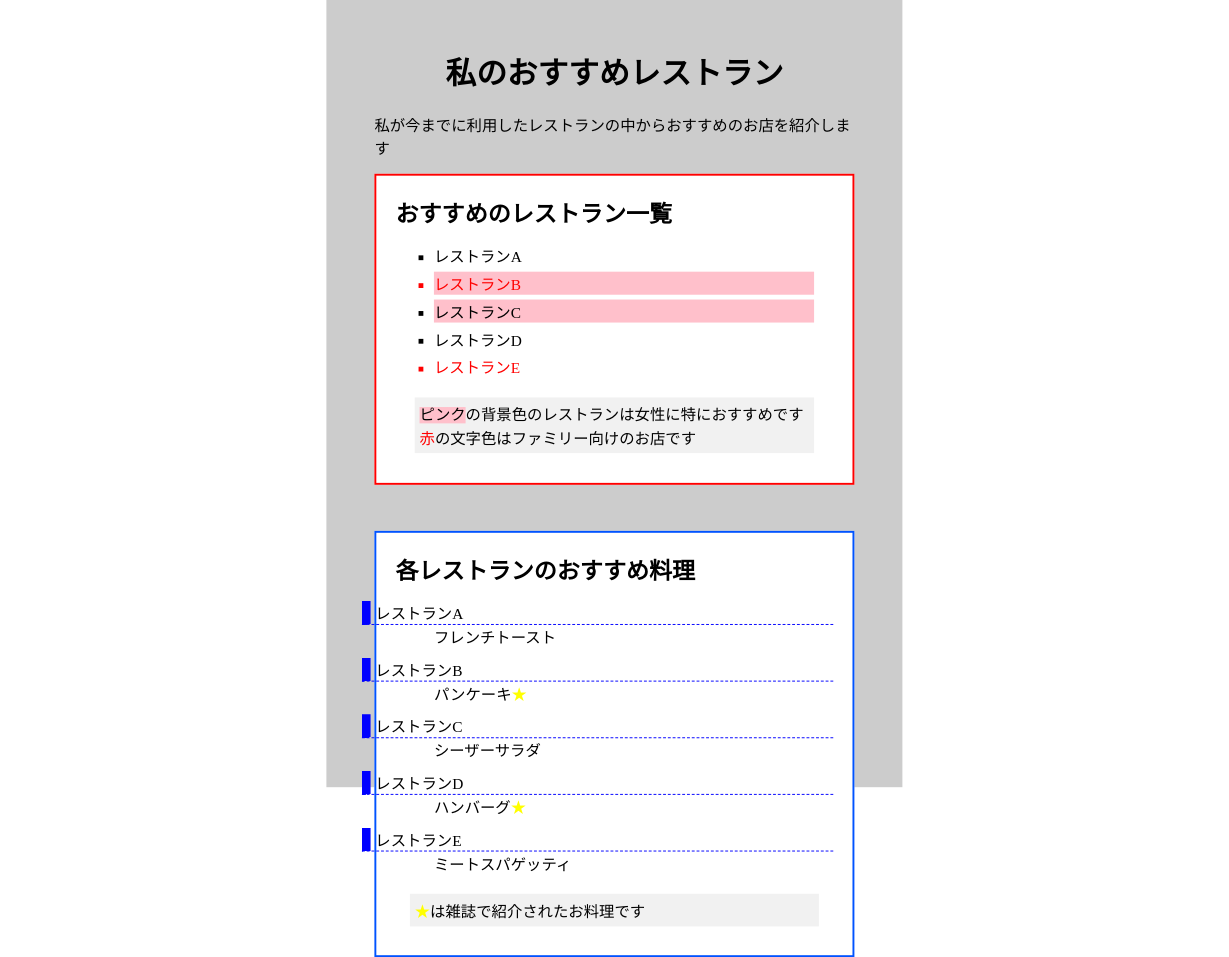
Repository: KAZMA5/samurai_HTML-CSS
Page: index.html
The author's editor kept a record of every edit. The page is drawn from the files as they stood at one moment, then again after the next edit.
The browser window is 1280 px wide. The pictures show the whole page, at 96% of full size.

Above is the page before.

### index.html
<!DOCTYPE html>
<html lang="ja">
    <head>
        <meta charset="UTF-8">
        <title>私のおすすめレストラン</title>
        <link rel="stylesheet" href="style.css">
    </head>
    <body>
        <div id="wrapper">
            <h1>私のおすすめレストラン</h1>
            <p>私が今までに利用したレストランの中からおすすめのお店を紹介します</p>
            <div id="restaunt_list">
                <h2>おすすめのレストラン一覧</h2>
                <ul>
                    <li>レストランA</li>
                    <li class="red bg-pink">レストランB</li>
                    <li class="bg-pink">レストランC</li>
                    <li>レストランD</li>
                    <li class="red">レストランE</li>
                </ul>
                <p class="a"><span style="background: linear-gradient(transparent 0%, pink 0%)">ピンク</span>の背景色のレストランは女性に特におすすめです<br><span style="color:red">赤</span>の文字色はファミリー向けのお店です</p>
            </div>
            <div id="recommended_foods">
                <h2>各レストランのおすすめ料理</h2>
                 <dl>
                    <dt>レストランA</dt>
                        <dd>フレンチトースト</dd>
                    <dt>レストランB</dt>
                        <dd>パンケーキ<span style="color:yellow">★</span></dd>
                    <dt>レストランC</dt>
                        <dd>シーザーサラダ</dd>
                    <dt>レストランD</dt>
                        <dd>ハンバーグ<span style="color:yellow">★</span></dd>
                    <dt>レストランE</dt>
                        <dd>ミートスパゲッティ</dd>
                </dl>
                <p id="b"><span style="color:yellow">★</span>は雑誌で紹介されたお料理です</p>
            </div>
        </div>
    </body>
</html>

### style.css
@charset "UTF-8";
body {
    height: 100vh;
    margin: 0;
}
@media screen and (max-width:480px) {
    .media-sp {
        body-size: 100%;
    }
}
div#wrapper {
    height: 100vh;
    width: 500px;
    margin: 0 auto;
    background-color: #CCC;
    padding: 50px;
}
h1 {
    margin-top: 0;
    text-align: center;
}
div#restaunt_list {
    height: 280px;
    background-color: white;
    border: solid 2px red;
    padding: 20px;
}
h2 {
    margin: 0 0 0 0;
}
ul {
    list-style-type: square;
}
.red {
    color: red;
}
.bg-pink {
    background-color: pink;
    margin-right: 20px;
}
li {
    margin-bottom: 5px;
}
p.a {
    margin: 20px;
    padding: 5px;
    background-color: #f1f1f1;
}
mark1 {
    background-color: pink;
}
mark2 {
    background-color: yellow;
}
span1 {
    color: red;
}
span2 {
    color: yellow;
}
div#recommended_foods {
    height: 400px;
    background-color: white;
    border: solid 2px #0053ff;
    padding: 20px;
    margin-top: 3pc;
}
dt {
    margin-left: -35px;
    margin-bottom: 0;
    border-left: solid 9px blue;
    border-bottom: dashed 1px blue;
    margin-top: 10px;
    padding-left: 5px;
}
p2 {
    margin-top: 0;
    margin-left: -18px;
}
#b {
    margin: 20px 15px;
    padding: 5px;
    background-color: #f1f1f1;
}

After the next edit:
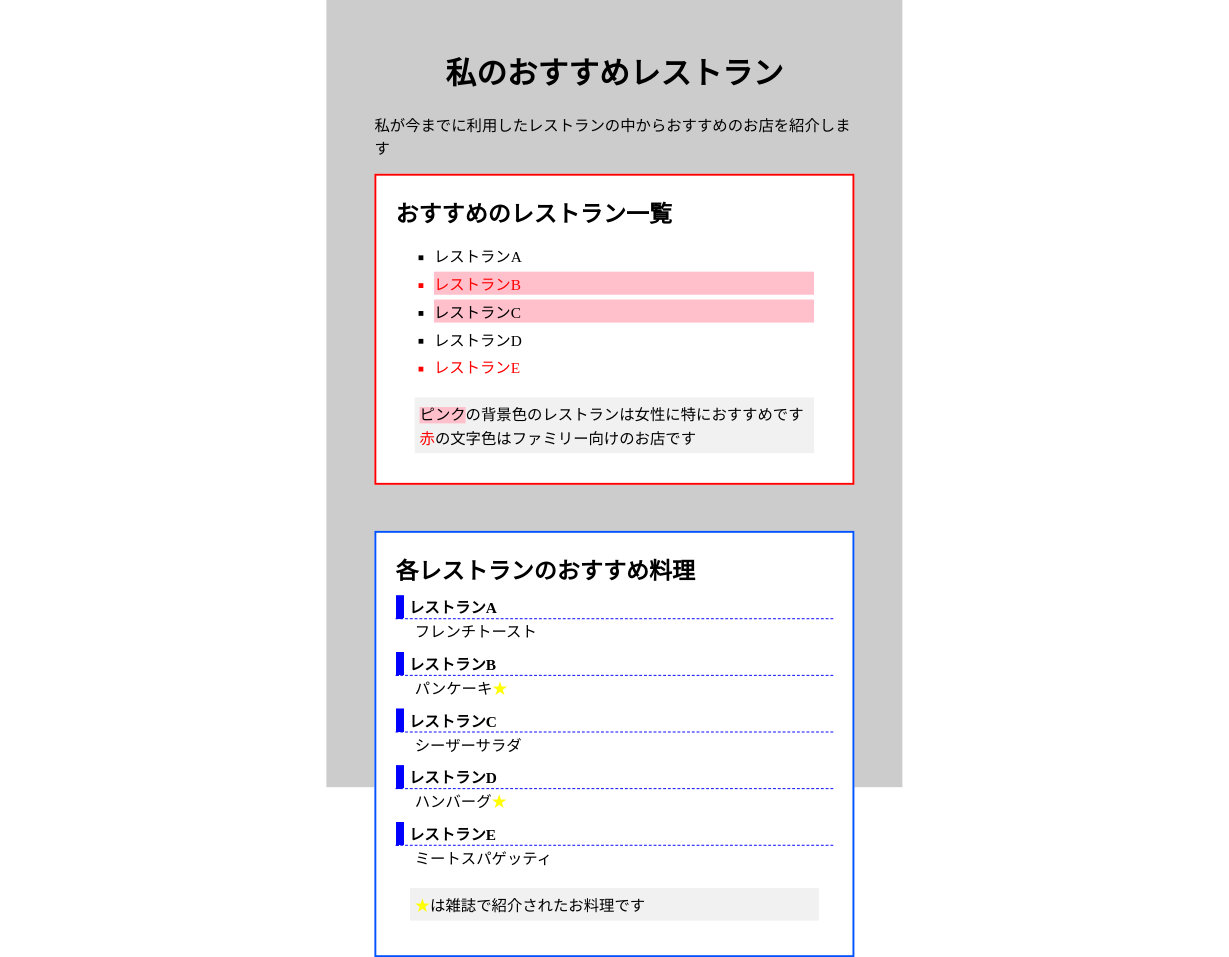
The edit:
--- a/style.css
+++ b/style.css
@@ -65,13 +65,19 @@
     padding: 20px;
     margin-top: 3pc;
 }
+dl {
+    margin-top: 5px;
+}
 dt {
-    margin-left: -35px;
     margin-bottom: 0;
     border-left: solid 9px blue;
     border-bottom: dashed 1px blue;
     margin-top: 10px;
     padding-left: 5px;
+    font-weight: bold;
+}
+dd {
+    margin-left: 20px;
 }
 p2 {
     margin-top: 0;
